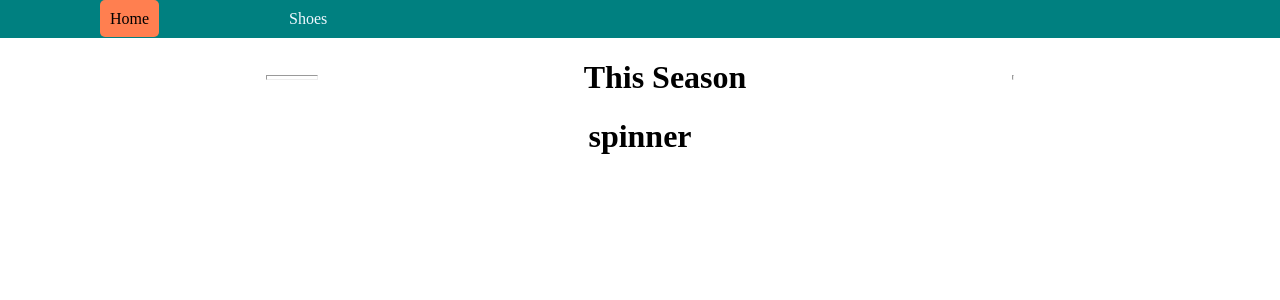
Repository: SalehK98/shop_app
Page: /
These files come from the project's save history. The page is drawn as it stood at one moment and after the next save; the edit follows.
The browser window is 1280 px wide. The pictures show the whole page.
The page's requests for data from a server got no answer. The project was rebuilt for these pictures with package versions that can differ from the ones it lists, and the page was loaded fresh each time. No one was signed in, and anything a server would have sent is missing. Also part of the build but not shown: src/components/ShoeCard/ShoeCard.jsx, src/pages/Shoes/Shoes.jsx, src/pages/Shoe/Shoe.jsx, src/pages/Error/Error.jsx. Imported but missing from the stored project, and not drawn on this page: src/assets/video/preview.mp4.

Above is the page before, as saved 2023-02-28 11:16:36.

After the next save:
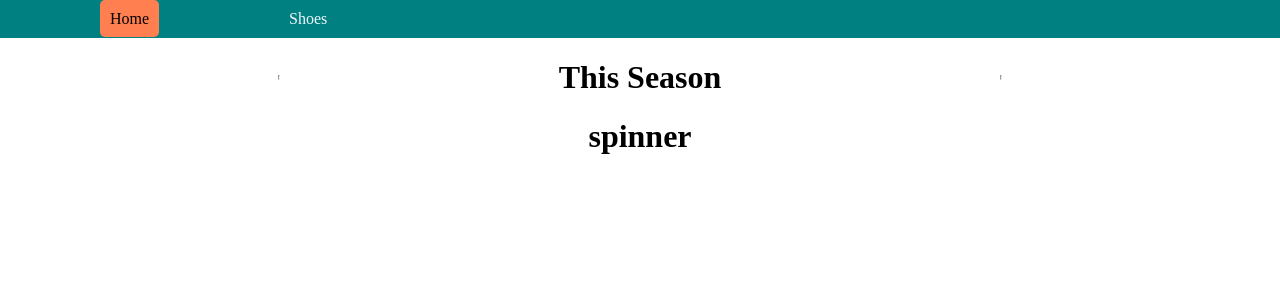
Saved 7 s later.
--- a/src/pages/Home/Home.jsx
+++ b/src/pages/Home/Home.jsx
@@ -53,7 +53,7 @@
       /> */}
       {/* {playVideo()} */}
       <h1 style={{ display: "flex" }}>
-        <hr width="50px" />
+        <hr />
         This Season
         <hr />
       </h1>

After the save that followed:
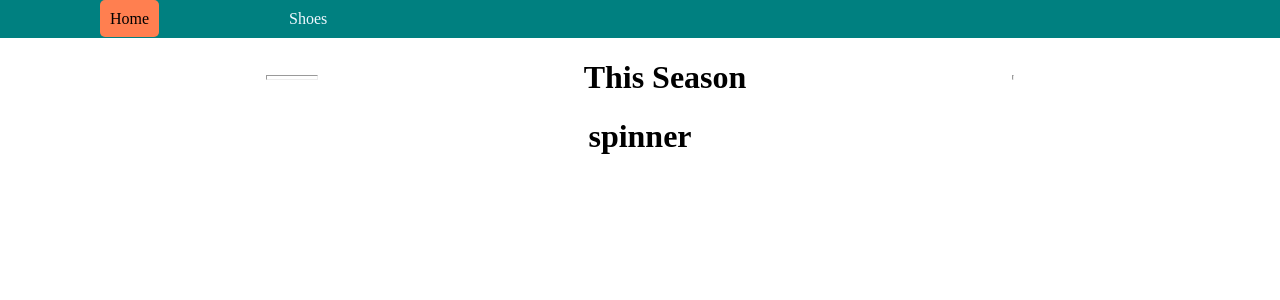
Saved 27 s later.
--- a/src/pages/Home/Home.jsx
+++ b/src/pages/Home/Home.jsx
@@ -53,7 +53,7 @@
       /> */}
       {/* {playVideo()} */}
       <h1 style={{ display: "flex" }}>
-        <hr />
+        <hr width="50px" />
         This Season
         <hr />
       </h1>
